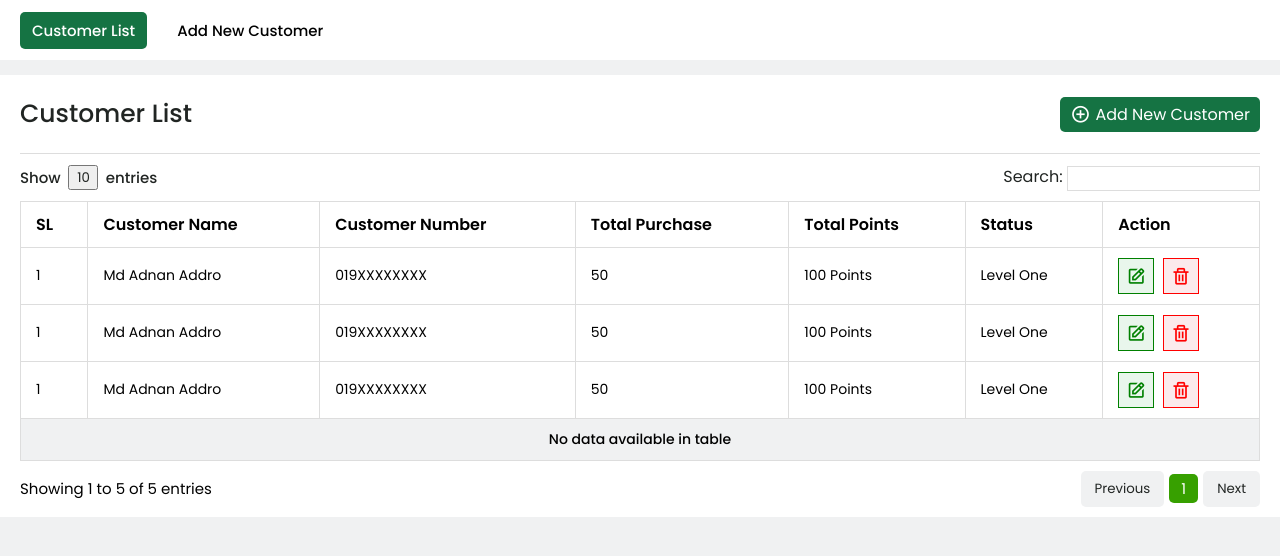
Repository: codebyaddro/customer-page
Page: customer.html
The author's editor kept a copy of each file at every save. The page is drawn from the files as they stood at one save, then again after a run of saves.
The browser window is 1280 px wide. The pictures show the whole page.

Above is the page before, as saved 2025-02-20 14:41:32.

After the next 3 saves:
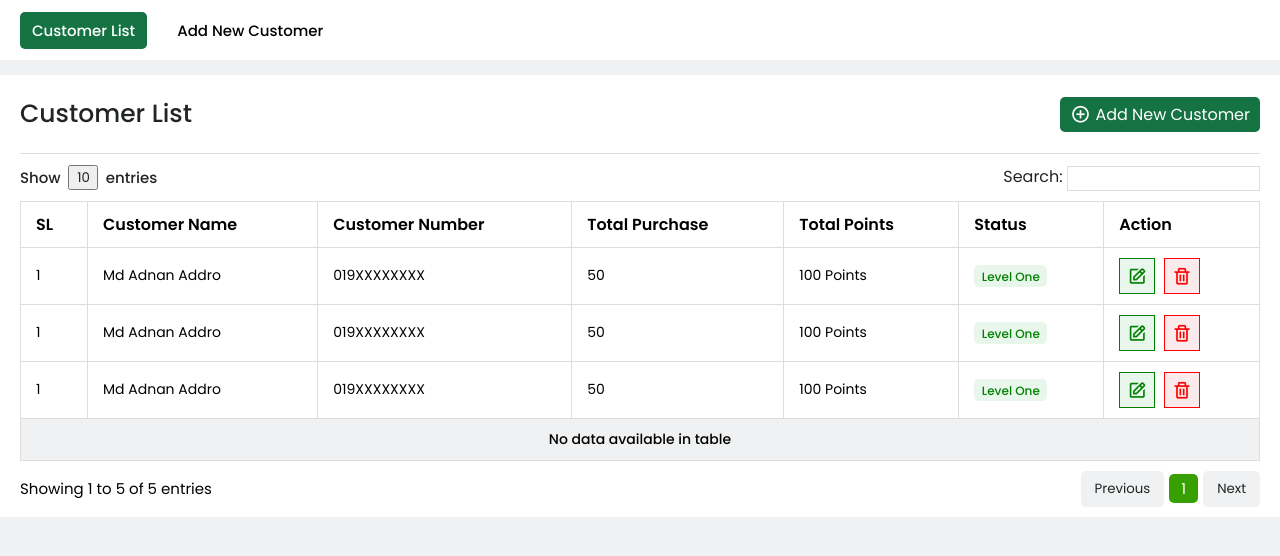
The 3 saves are shown as one change because they came seconds apart.
The last was saved 92 s later.
--- a/css/customer.css
+++ b/css/customer.css
@@ -232,7 +232,7 @@ tbody tr:hover {
 
 /* status style */
 
-.cba-cusc-active {
+.cba-cusc-ls1 {
     color: var(--green);
     background-color: var(--lt-green);
     font-size: 12px;
